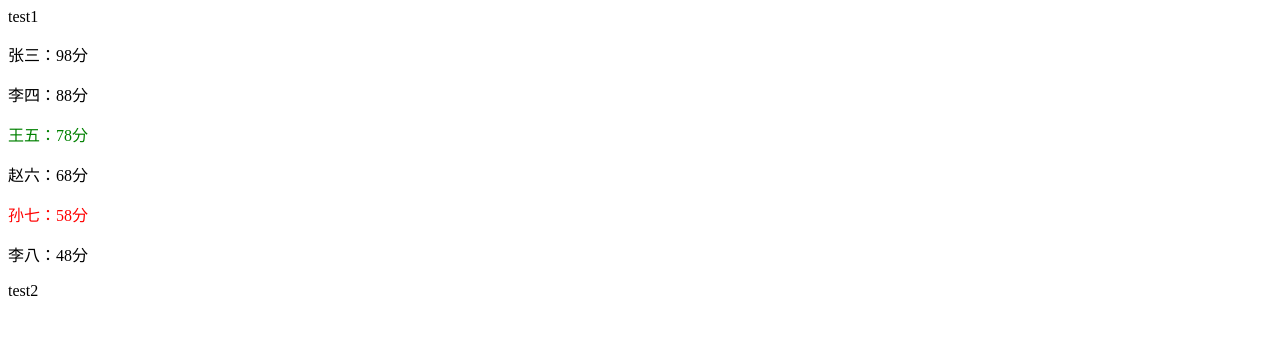
Repository: 123648923/html5-css3
Page: css/05 选择器/15 复合-11-结构伪类-3-选择器.html
The author's editor kept a copy of each file at every save. The page is drawn from the files as they stood at one save, then again after the next save.
The browser window is 1280 px wide. The pictures show the whole page.

Above is the page before, as saved 2023-11-03 14:38:01.

After the next save:
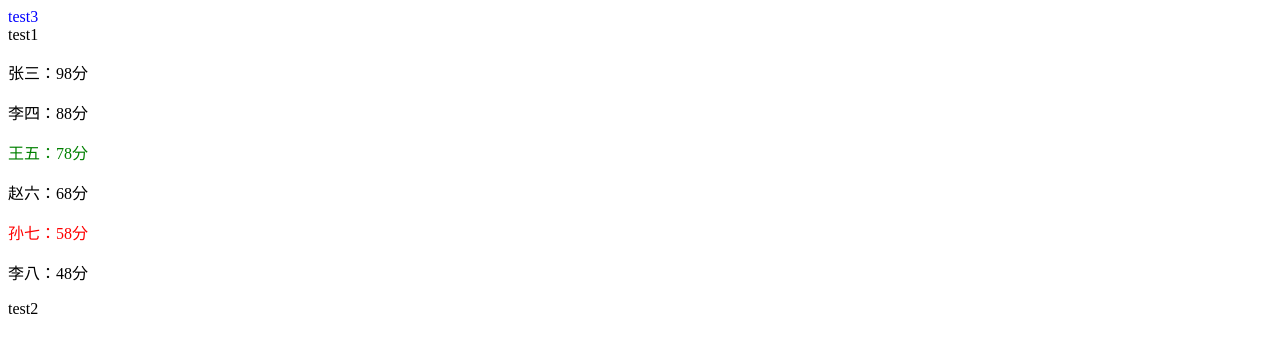
Saved 19 s later.
--- a/css/05 选择器/15 复合-11-结构伪类-3-选择器.html
+++ b/css/05 选择器/15 复合-11-结构伪类-3-选择器.html
@@ -23,6 +23,9 @@
 <body>
     <!-- 结构1 -->
     <div>
+        <span>test3</span>
+    </div>
+    <div>
         <span>test1</span>
         <p>张三：98分</p>
         <p>李四：88分</p>
